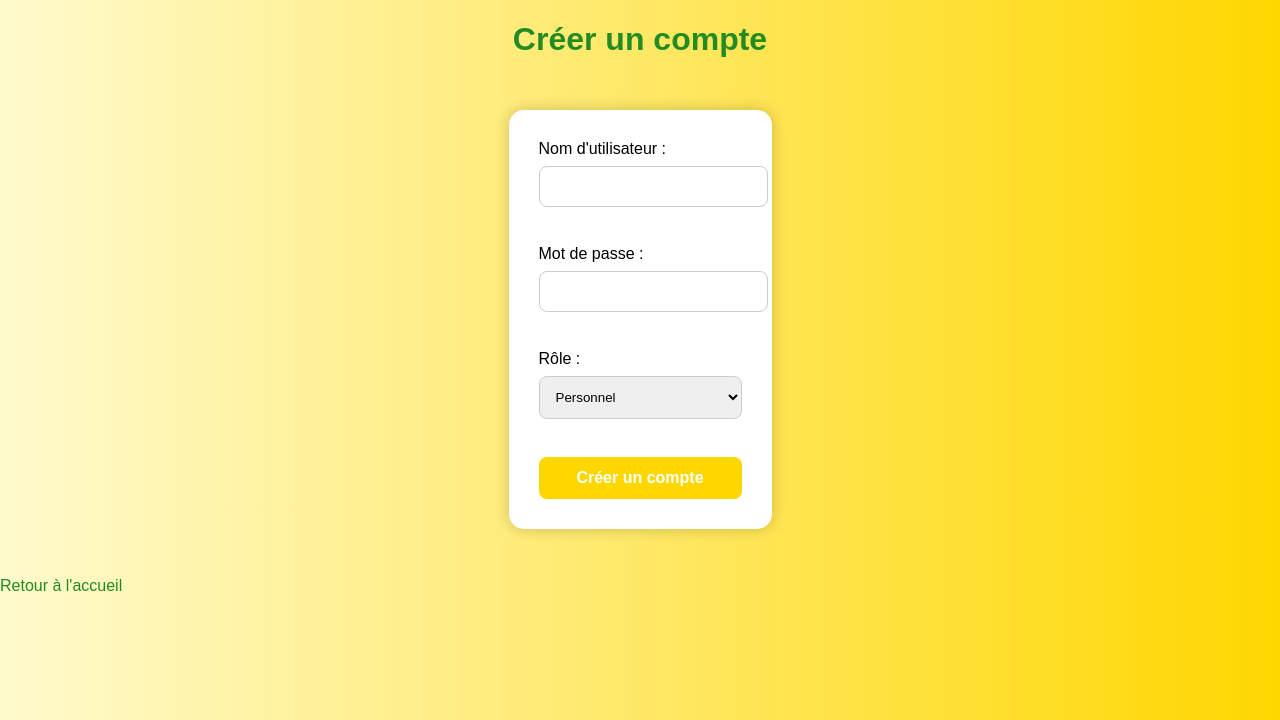
Repository: SouhailMar10/FOOD-MART
Page: http://localhost/register
The author's editor kept a copy of each file at every save. The page is drawn from the files as they stood at one save, then again after a run of saves.
The browser window is 1280 px wide. The pictures show the whole page.
The page is served by the project's application, run on Flask 3 (app.py). Other server files are loaded and not shown.

Above is the page before, as saved 2025-04-27 00:12:36.

### templates/register.html
<!DOCTYPE html>
<html lang="fr">
<head>
    <meta charset="UTF-8">
    <title>Inscription</title>
    <link rel="stylesheet" href="{{ url_for('static', filename='style.css') }}">
</head>
<body>
    <h1>Créer un compte</h1>

    {% with messages = get_flashed_messages() %}
      {% if messages %}
        {% for message in messages %}
          <p style="color: red;">{{ message }}</p>
        {% endfor %}
      {% endif %}
    {% endwith %}

    <form action="/register" method="POST" autocomplete="off">
      <!-- Champs fantômes pour tromper le navigateur -->
      <input type="text" name="fakeusernameremembered" style="display:none">
      <input type="password" name="fakepasswordremembered" style="display:none">

      <label for="username">Nom d'utilisateur :</label><br>
      <input type="text" id="username" name="username" required autocomplete="off"><br><br>

      <label for="password">Mot de passe :</label><br>
      <input type="password" id="password" name="password" required autocomplete="off"><br><br>

      <label for="role">Rôle :</label><br>
      <select id="role" name="role" required>
          <option value="Personnel">Personnel</option>
          <option value="Client">Client</option>
      </select><br><br>

      <input type="submit" value="Créer un compte">
  </form>


    <br>
    <a href="/">Retour à l'accueil</a>
</body>
</html>

### app.py
from flask import Flask, render_template, request, redirect, url_for, flash
from flask_login import LoginManager, UserMixin, login_user, login_required, logout_user, current_user
from blockchain import Blockchain
import sqlite3
import os

app = Flask(__name__)
app.secret_key = 'ta_cle_secrete_super_secrete'  # Important pour la sécurité

# Initialiser la Blockchain
food_chain = Blockchain()

# Initialiser Flask-Login
login_manager = LoginManager()
login_manager.init_app(app)
login_manager.login_view = 'login'

# Classe User pour Flask-Login
class User(UserMixin):
    def __init__(self, id, username, password, role):
        self.id = id
        self.username = username
        self.password = password
        self.role = role

# Charger un utilisateur
@login_manager.user_loader
def load_user(user_id):
    connection = sqlite3.connect('database.db')
    cursor = connection.cursor()
    cursor.execute("SELECT id, username, password, role FROM users WHERE id = ?", (user_id,))
    user_data = cursor.fetchone()
    connection.close()
    if user_data:
        return User(*user_data)
    return None

# Créer la base de données SQLite s'il n'y a pas encore
def init_db():
    if not os.path.exists('database.db'):
        connection = sqlite3.connect('database.db')
        cursor = connection.cursor()
        cursor.execute('''
            CREATE TABLE users (
                id INTEGER PRIMARY KEY AUTOINCREMENT,
                username TEXT UNIQUE NOT NULL,
                password TEXT NOT NULL,
                role TEXT NOT NULL
            )
        ''')
        connection.commit()
        connection.close()

# Appeler init_db au démarrage
init_db()

# Route inscription
@app.route('/register', methods=['GET', 'POST'])
def register():
    if request.method == 'POST':
        username = request.form['username']
        password = request.form['password']
        role = request.form['role']  # Personnel ou Client

        connection = sqlite3.connect('database.db')
        cursor = connection.cursor()

        try:
            cursor.execute("INSERT INTO users (username, password, role) VALUES (?, ?, ?)", (username, password, role))
            connection.commit()
            flash('Compte créé avec succès, veuillez vous connecter.')
            return redirect(url_for('login'))
        except sqlite3.IntegrityError:
            flash('Ce nom d’utilisateur est déjà utilisé.')
            return redirect(url_for('register'))
        finally:
            connection.close()

    return render_template('register.html')


@app.route('/login', methods=['GET', 'POST'])
def login():
    if request.method == 'POST':
        username = request.form['username']
        password = request.form['password']

        connection = sqlite3.connect('database.db')
        cursor = connection.cursor()
        cursor.execute("SELECT id, username, password, role FROM users WHERE username = ?", (username,))
        user_data = cursor.fetchone()
        connection.close()

        if user_data and user_data[2] == password:
            user = User(*user_data)
            login_user(user)
            flash('Connexion réussie.')
            if user.role == "Personnel":
                return redirect(url_for('dashboard_personnel'))
            else:
                return redirect(url_for('dashboard_client'))
        else:
            flash('Identifiant ou mot de passe incorrect.')
            return redirect(url_for('login'))

    return render_template('login.html')


# Tableau de bord pour le Personnel
@app.route('/dashboard_personnel', methods=['GET', 'POST'])
@login_required
def dashboard_personnel():
    if current_user.role != "Personnel":
        flash("Accès refusé.")
        return redirect(url_for('login'))

    if request.method == 'POST':
        product_id = request.form['product_id']
        event = request.form['event']
        location = request.form['location']

        food_chain.add_block(product_id, event, location)
        flash('Produit ajouté à la blockchain avec succès.')

    # Envoyer toute la blockchain sauf le bloc Genesis (index 0)
    products = food_chain.chain[1:]  # On enlève le tout premier bloc ("Début de la traçabilité")
    return render_template('dashboard_personnel.html', username=current_user.username, products=products)

# Tableau de bord pour le Client
@app.route('/dashboard_client', methods=['GET', 'POST'])
@login_required
def dashboard_client():
    if current_user.role != "Client":
        flash("Accès refusé.")
        return redirect(url_for('login'))

    history = []
    if request.method == 'POST':
        product_id = request.form['product_id']

        # Chercher tous les blocs liés à ce produit
        history = [block for block in food_chain.chain if block.product_id == product_id]

    return render_template('dashboard_client.html', username=current_user.username, history=history)


@app.route('/logout')
@login_required
def logout():
    logout_user()
    flash("Vous êtes déconnecté.")
    return redirect(url_for('login'))


@app.route('/')
def home():
    return render_template('home.html')









if __name__ == "__main__":
    app.run(debug=True)

### blockchain_data.json
[
    {
        "index": 0,
        "timestamp": 1745688203.6056602,
        "product_id": "0",
        "event": "D\u00e9but de la tra\u00e7abilit\u00e9",
        "location": "Origine",
        "previous_hash": "0",
        "hash": "6d1b47e2801f67e56fe7556b3627601eb9d111e0b5f0f5629c99d8c7a9abc122"
    },
    {
        "index": 1,
        "timestamp": 1745723338.360925,
        "product_id": "MANGUE1020",
        "event": "recolte",
        "location": "ferme tropicale",
        "previous_hash": "6d1b47e2801f67e56fe7556b3627601eb9d111e0b5f0f5629c99d8c7a9abc122",
        "hash": "316a8a35667de9a6ac64528fd6853a65b783c7ef0dfb80a0f0df2b15d60fd386"
    },
    {
        "index": 2,
        "timestamp": 1745724468.887633,
        "product_id": "MANGUE1020",
        "event": "transformation",
        "location": "usine du Nord",
        "previous_hash": "316a8a35667de9a6ac64528fd6853a65b783c7ef0dfb80a0f0df2b15d60fd386",
        "hash": "ee967f10da62093e403cb924ab9786ad74276dacc5f5e725c577fad764c8b2af"
    },
    {
        "index": 3,
        "timestamp": 1745726939.611038,
        "product_id": "MANGUE1020",
        "event": "emballage",
        "location": "usine du Nord zone Z ",
        "previous_hash": "ee967f10da62093e403cb924ab9786ad74276dacc5f5e725c577fad764c8b2af",
        "hash": "72fd547f836a1071c2e1bd052b796bdbc448899c4d23839c86ab134acdc84639"
    },
    {
        "index": 4,
        "timestamp": 1745765712.621973,
        "product_id": "pomme 2022",
        "event": "recolte",
        "location": "ferme equatoriale",
        "previous_hash": "72fd547f836a1071c2e1bd052b796bdbc448899c4d23839c86ab134acdc84639",
        "hash": "fe28619183ee5527b162491c3c3f8b327de1aa44bc0649cecf02f85b2173f4e9"
    }
]

### static/style.css
/* Style général */
body {
    font-family: 'Arial', sans-serif;
    background: linear-gradient(to right, #FFFACD, #FFD700); /* dégradé jaune doux */
    margin: 0;
    padding: 0;
    min-height: 100vh;
    display: flex;
    flex-direction: column;
}

/* Titres */
h1, h2, p {
    text-align: center;
    color: #228B22; /* vert nature */
}

/* Formulaires */
form {
    background: #ffffff;
    max-width: 400px;
    margin: 30px auto;
    padding: 30px;
    border-radius: 15px;
    box-shadow: 0px 0px 15px rgba(0, 0, 0, 0.2);
}

/* Inputs */
input[type="text"],
input[type="password"],
select {
    width: 100%;
    padding: 12px;
    margin: 8px 0 20px 0;
    border: 1px solid #ccc;
    border-radius: 8px;
}

/* Boutons */
input[type="submit"],
button {
    background-color: #FFD700; /* jaune doux */
    color: #ffffff;
    padding: 12px 20px;
    border: none;
    border-radius: 8px;
    cursor: pointer;
    font-size: 16px;
    width: 100%;
    font-weight: bold;
}

input[type="submit"]:hover,
button:hover {
    background-color: #FFC300; /* jaune plus intense au survol */
}

/* Footer */
footer {
    margin-top: auto;
    background: #228B22; /* vert nature */
    color: #ffffff;
    text-align: center;
    padding: 15px 0;
    font-size: 14px;
}

/* Liens */
a {
    text-decoration: none;
    color: #228B22;
}

a:hover {
    text-decoration: underline;
}
/* Animation d'apparition lente */
.fade-in {
    animation: fadeIn 2s ease-in;
}

@keyframes fadeIn {
    0% { opacity: 0; transform: translateY(-20px); }
    100% { opacity: 1; transform: translateY(0); }
}
/* Frise chronologique */
.timeline {
    position: relative;
    max-width: 800px;
    margin: 20px auto;
}

.timeline::after {
    content: '';
    position: absolute;
    width: 6px;
    background-color: #228B22;
    top: 0;
    bottom: 0;
    left: 50%;
    margin-left: -3px;
}

.timeline-event {
    padding: 20px;
    position: relative;
    background-color: inherit;
    width: 50%;
}

.timeline-event::after {
    content: '';
    position: absolute;
    width: 20px;
    height: 20px;
    right: -10px;
    background-color: #FFD700;
    border: 4px solid #228B22;
    top: 15px;
    border-radius: 50%;
    z-index: 1;
}

.left {
    left: 0;
}

.right {
    left: 50%;
}

.timeline-event-content {
    background-color: #fff;
    padding: 20px;
    border-radius: 6px;
    box-shadow: 0 2px 10px rgba(0,0,0,0.1);
}

After the next 2 saves:
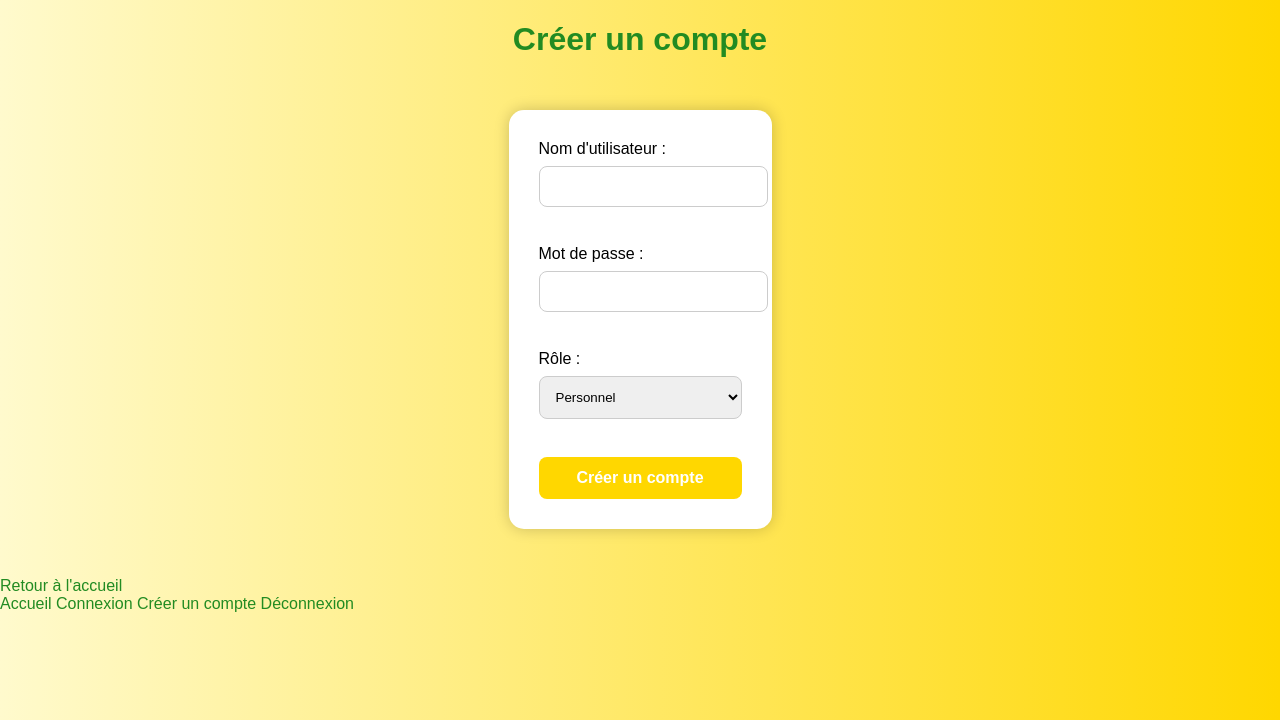
The 2 saves are shown as one change because they came seconds apart.
The last was saved 49 min 43 s later.
--- a/templates/register.html
+++ b/templates/register.html
@@ -40,4 +40,13 @@
     <br>
     <a href="/">Retour à l'accueil</a>
 </body>
+<nav class="navbar">
+  <div class="navbar-container">
+      <a href="/">Accueil</a>
+      <a href="/login">Connexion</a>
+      <a href="/register">Créer un compte</a>
+      <a href="/logout">Déconnexion</a>
+  </div>
+</nav>
+
 </html>
